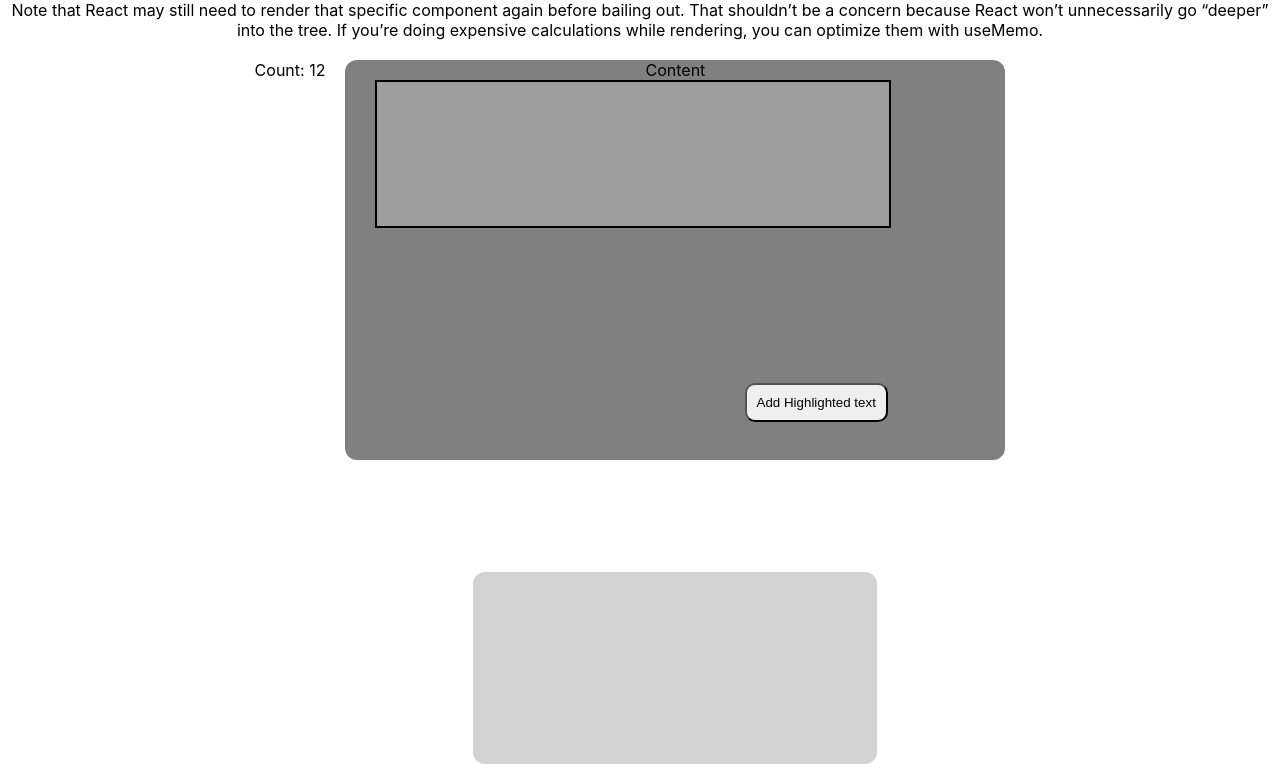
Repository: Farbod29/React-text-highlighter-with-hook-
Page: /
An editor plug-in stored every save of this project. The page is shown before and after a run of saves, followed by the edit.
The browser window is 1280 px wide. The pictures show the whole page.
Pictures or frames that could not be fetched are drawn as grey boxes. The project was rebuilt for these pictures with package versions that can differ from the ones it lists, and the page was loaded fresh each time.

Above is the page before, as saved 2022-02-18 22:01:32.

After the next 4 saves:
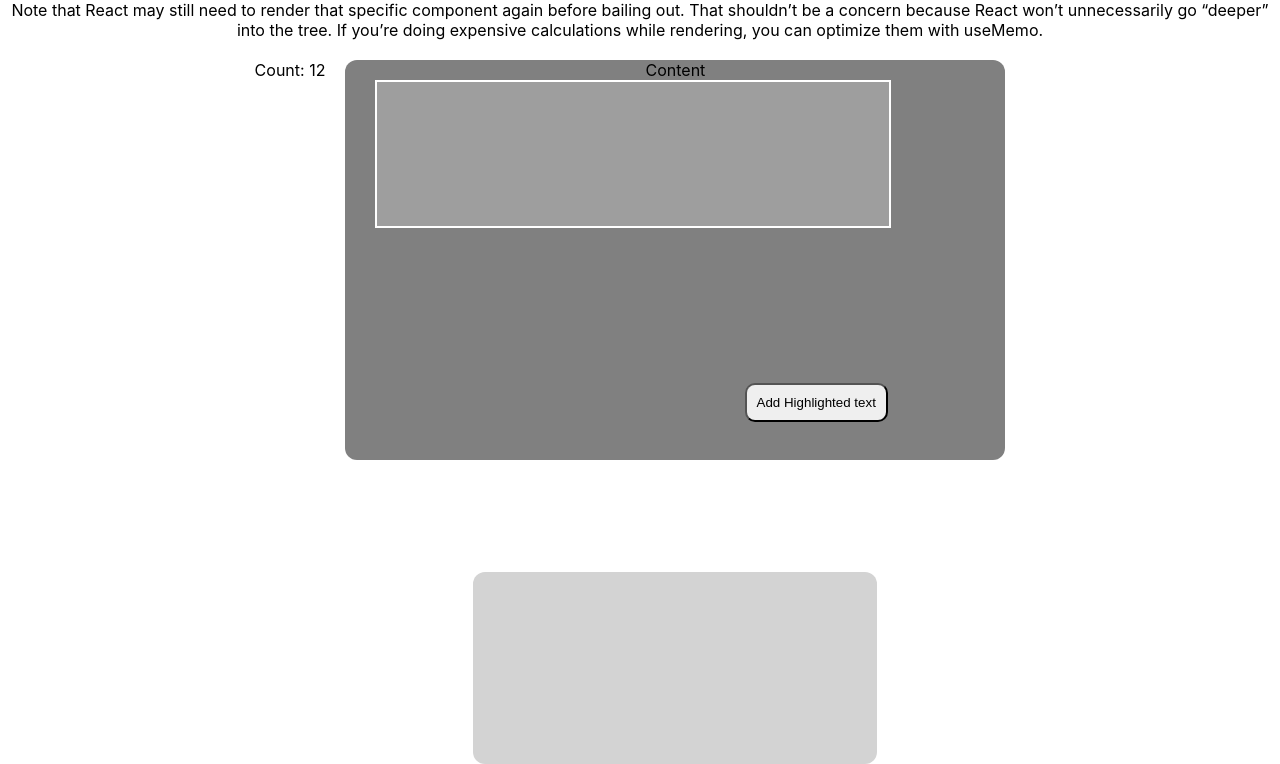
The 4 saves are shown as one change because they came seconds apart.
The last was saved 11 s later.
--- a/src/highlighter.js
+++ b/src/highlighter.js
@@ -51,7 +51,7 @@ export default function Highlighter() {
             width: '40vw',
             position: 'absolute',
             border: '2px solid',
-            borderColor: '#ffffg',
+            borderColor: '#ffff',
             left: 30,
             top: 20,
           }}
